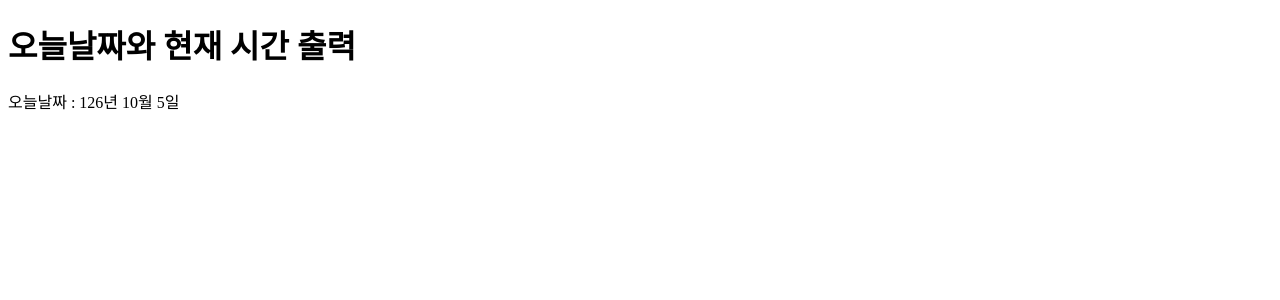
Repository: junirang330/Jsp2026
Page: http://localhost/chapter01/test03.jsp
These files come from the project's save history. The page is drawn as it stood at one moment and after the next save; the edit follows.
The browser window is 1280 px wide. The pictures show the whole page.
The page is served by Tomcat 9.

Above is the page before, as saved 2026-10-16 02:45:45.

After the next save:
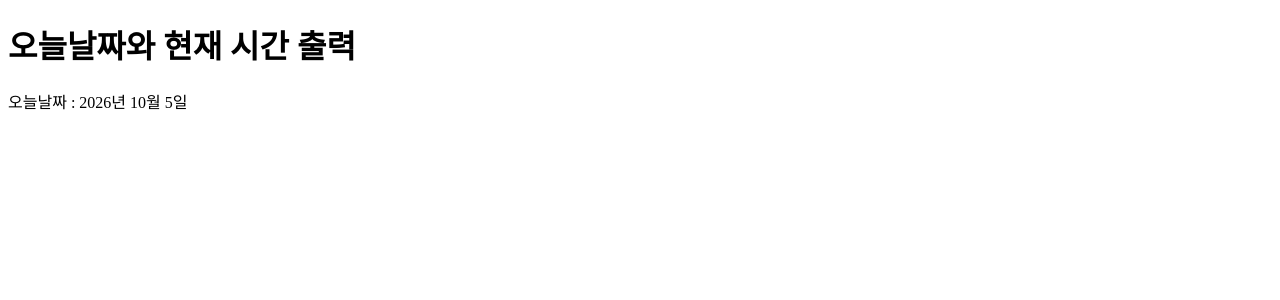
Saved 11 s later.
--- a/chapter01/src/main/webapp/test03.jsp
+++ b/chapter01/src/main/webapp/test03.jsp
@@ -10,7 +10,7 @@
 	<h1>오늘날짜와 현재 시간 출력</h1>
 	<%
 		Date today = new Date();
-		int year = today.getYear();
+		int year = today.getYear()+1900;
 		int month = today.getMonth()+1;
 		int day = today.getDay();
 	%>
